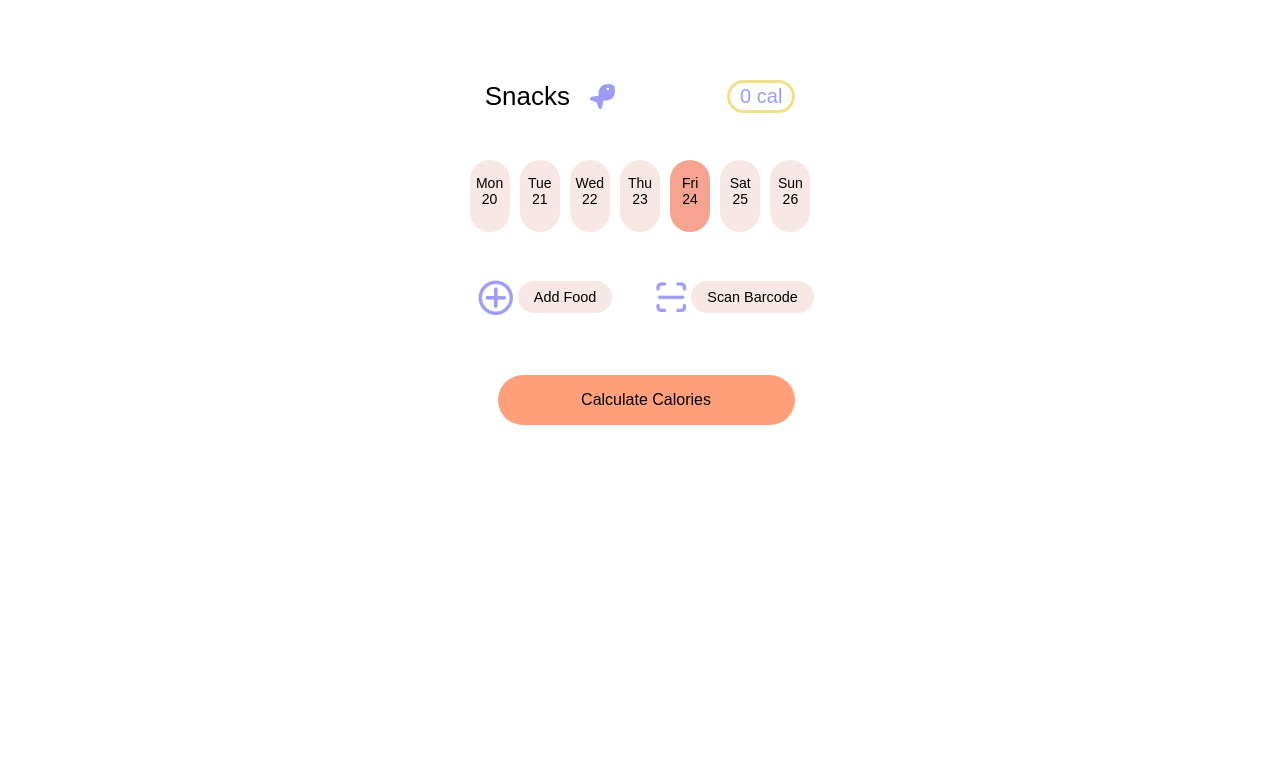
Repository: MeowCeline00/G5-Calorie-Tracker
Page: snacksAddPage/index.html
An editor plug-in stored every save of this project. The page is shown before and after the next save, followed by the edit.
The browser window is 1280 px wide. The pictures show the whole page.

Above is the page before, as saved 2024-05-26 04:54:00.

### snacksAddPage/index.html
<!DOCTYPE html>
<html lang="en">
<head>
  <meta charset="UTF-8">
  <meta name="viewport" content="width=device-width, initial-scale=1.0">
  <title>Calorie Tracker</title>
  <link rel="stylesheet" href="/snacksAddPage/styles.css">
  <link rel="stylesheet" href="/styles/Home.css">
</head>
<body>
  <div class="container">
    <header class="header">
      <h1 class="title">Snacks</h1>
      <img src="/images/snacks.png" alt="Snacks Icon" width="25" height="25">
      <button class="calButton">0 cal</button>
    </header>
    <section class="dateSelector">
      <button class="dateNav" id="prevDate">
      </button>
      <div class="dates" id="dateList"></div>
      <button class="dateNav" id="nextDate">
      </button>
    </section>
    <main>
      <div class="actions">
        <div class="actions">
          <img src="/images/add.png" alt="Add Icon" width="35" height="35">
          <button class="action-btn" id="showFormButton">Add Food</button>
        </div>
        <div class="actions">
          <img src="/images/scan.png" alt="Scan Icon" width="30" height="30">
          <button class="action-btn">Scan Barcode</button>
        </div>
      </div>
      <div class="food-list">
      </div>
      <button class="calculate-btn">
        <a href="calculate.html" class="calculate-btn-link">Calculate Calories</a></button>
    </main>
    <div class="popup-container" id="foodFormContainer">
      <div class="popup">
        <input type="text" id="foodName" placeholder="Food Name">
        <input type="number" id="foodAmount" placeholder="Amount (g)">
        <input type="number" id="foodCalories" placeholder="Calories">
        <button id="addFoodButton">Add</button>
        <button id="cancelButton">Cancel</button>
      </div>
    </div>
  </div>
  <script src="/snacksAddPage/script.js"></script>
</body>
</html>

### snacksAddPage/styles.css
.container {
  max-width: 375px;
  margin: 0 auto;
  padding: 1rem;
  min-height: 100vh;
  border-radius: 10px;
}
.header {
  margin-top: 40px;
  display: flex;
  justify-content: space-between;
  align-items: center;
  width: 100%;
}
.title {
  font-size: 26px;
  font-family: 'Saira', sans-serif;
  font-weight: 500;
  margin-left: auto;
  margin-right: 20px;
}
.header img {
  margin-right: 80px;
}
.calButton {
  margin: 0 auto;
  background-color: transparent;
  color: #9E9BF2;
  border: 3px solid #F2E088;
  padding: 0px 10px;
  text-align: center;
  min-width: 55px;
  height: 33px;
  border-radius: 40px;
  font-size: 20px;
  font-family: 'Catamaran', sans-serif;
  display: inline-block;
}
.dateSelector {
  display: flex;
  justify-content: center;
  align-items: center;
  margin: 10px 0;
}
.dateNav {
  background-color: transparent;
  border: none;
  text-align: center;
  font-size: 20px;
}
.dates {
  display: flex;
  text-align: center;
  justify-content: space-around;
  width: 100%;
}
.date {
  width: 40px;
  height: 57px;
  background-color: #F7E8E5;
  padding-top: 15px;
  margin: 20px 5px;
  margin-bottom: 38px;
  border-radius: 20px;
  text-align: center;
  cursor: pointer;
  font-size: 14px;
  font-family: 'Catamaran', sans-serif;
}
.date:hover {
  background-color: rgba(242, 126, 99, 0.7);
}
.active {
  background-color: rgba(242, 126, 99, 0.7);
}
.currentDay {
  background-color: rgba(242, 126, 99, 0.7);
}
.delete-btn {
  background: none;
  border: none;
  font-size: 1.2rem;
  cursor: pointer;
}
.calculate-btn {
  margin-left: 45px;
  width: 297px;
  height: 50px;
  text-align: center;
  background-color: #ffa07a;
  border: none;
  border-radius: 36px;
  padding: 0.7rem;
  font-size: 1rem;
  cursor: pointer;
}
.calculate-btn-link {
  text-decoration: none;
  color: black;
}
.actions {
  display: flex;
  justify-content: space-between;
  margin-bottom: 1rem;
  display: flex;
  width: 100%;
  justify-content: center;
  align-items: center;
  gap: 5px;
  margin-bottom: 30px;
}
.action-btn {
  background-color: #F7E8E5;
  border: none;
  padding: 0.5rem 1rem;
  font-size: 0.9rem;
  font-family: 'Catamaran', sans-serif;
  border: none;
  border-radius: 18px;
  cursor: pointer;
}
.action-btn:hover {
  background-color: rgba(242, 126, 99, 0.7);
}
.buttons {
  display: flex;
  width: 100%;
  justify-content: center;
  align-items: center;
  gap: 5px;
  margin-bottom: 30px;
}
.bottomContainer {
  margin-top: 30px;
  width: 100%;
}
.bottomContainer button {
  font-family: 'Catamaran';
  font-size: large;
  background-color: var(--light_orange_opacity);
  border: none;
  padding: 7px 60px;
  border-radius: 25px;
  cursor: pointer;
}
.bottomContainer button:hover {
  background-color: var(--light_orange);
}
.popup-container {
  display: none;
  position: fixed;
  top: 0;
  left: 0;
  width: 100%;
  height: 100%;
  justify-content: center;
  align-items: center;
  background-color: rgba(0, 0, 0, 0.5);
  z-index: 9999;
}
.popup {
  background-color: #F7E8E5;
  width: 300px;
  padding: 20px;
  border-radius: 10px;
  box-shadow: 0 2px 5px rgba(0, 0, 0, 0.2);
}
.popup input[type="text"],
.popup input[type="number"] {
  width: calc(100% - 40px);
  padding: 10px;
  margin-bottom: 10px;
  border: 1px solid #F7E8E5;
  border-radius: 5px;
  margin-left: 10px;
}
.popup button {
  padding: 10px 20px;
  margin-right: 10px;
  border: none;
  border-radius: 5px;
  cursor: pointer;
}
#addFoodButton {
  background-color: #ffa07a;
  color: #000;
  margin-left: 70px;
}
#cancelButton {
  background-color: #F2E088;
  color: #000;
}
#addFoodButton:hover {
  background-color: rgb(255, 160, 122, 0.6);
}
#cancelButton:hover {
  background-color: rgb(242, 224, 136, 0.6);
}
.inputContainer {
  width: 330px;
  display: flex;
  gap: 10px;
  margin: 0 auto;
  justify-content: flex-start;
  align-items: center;
  background: #F7E8E5;
  border-radius: 20px;
  margin-bottom: 15px;
  position: relative;
  padding-left: 20px;
  padding-right: 10px;

}

.inputBox {
  flex-grow: 1;
}
.inputBox input {
  border: 1px solid #F7E8E5;
  margin-top: 5px;
  font-size: medium;
  background-color: #F7E8E5;
}
.inputBox p {
  text-align: left;
  color: #9E9BF2;
  font-size: small;
  margin-top: 5px;
}
.calories {
  display: flex;
  justify-content: center;
  color: #9E9BF2;
  align-items: center;
  margin-right: 60px;

  gap: 5px;
}
.number {
  font-size: 20px;
}
.trash {
  cursor: pointer;
  position: absolute;
  right: 20px;
}

### styles/Home.css
#root {
    width: 393px;
    height: 852px;
    background-color: #fff;
    border-radius: 10px;
    overflow: hidden;
    position: relative;
}

.mainContent {
    width: 100%;
    height: 100%;
    display: flex;
    flex-direction: column;
    justify-content: flex-start;
    position: relative;
}

.topBar {
    padding: 15px 20px;
    background-color: #fff;
    display: flex;
    justify-content: space-between;
    align-items: center;
    z-index: 1;
}

.greeting {
    display: flex;
    flex-direction: column;
    text-align: left;
}

.greeting h2 {
    margin: 0;
    font-size: 1.5rem;
    color: #000;
}

.greeting p {
    margin: 0;
    font-size: 1rem;
    color: #666;
}

.profileIcon {
    display: flex;
    align-items: center;
    justify-content: center;
    cursor: pointer;
}

.dateChange {
    display: flex;
    justify-content: center;
    align-items: center;
    padding: 10px 0;
    background-color: #fff;
}

.meal_container {
    flex: 1;
    width: 100%;
    padding: 20px;
    box-sizing: border-box;
    overflow-y: auto;
    position: relative;
    z-index: 0;
}

.meals {
    width: 100%;
    padding: 10px 0;
    box-sizing: border-box;
}

.mealItem {
    display: flex;
    flex-direction: column;
    justify-content: space-between;
    align-items: flex-start;
    padding: 15px;
    margin: 10px 0;
    border-radius: 12px;
    background-color: var(--light_pink);
    width: 100%;
    height: auto;
    box-shadow: 0 2px 5px rgba(0, 0, 0, 0.1);
}

.mealHeading {
    font-weight: bold;
    margin-bottom: 10px;
    font-size: 1.2rem;
}

.mealDetails {
    display: flex;
    align-items: center;
    width: 100%;
    justify-content: space-between;
}

.mealDetails p {
    margin-left: 10px;
    color: #9E9BF2;
}

.calorieContainer {
    display: flex;
    align-items: center;
    justify-content: space-between;
    background-color: white;
    border: 4px solid #F2E088;
    border-radius: 30px;
    padding: 5px 10px;
}

.addButton {
    background: none;
    border: none;
    cursor: pointer;
    margin-left: 10px;
}

.navContainer {
    width: 100%;
    max-width: 393px;
    height: 77px;
    display: flex;
    position: fixed;
    bottom: 0;
    left: 50%;
    transform: translateX(-50%);
    background-color: #F2E088;
    border-radius: 10px 10px 0 0;
    justify-content: space-between;
    align-items: center;
    box-sizing: border-box;
    z-index: 1000;
}

.navbar {
    width: 100%;
    display: flex;
    justify-content: space-between;
    align-items: center;
    position: relative;
}

.navItem {
    display: flex;
    cursor: pointer;
    flex: 1;
    justify-content: center;
}

.addButtonContainer {
    display: flex;
    justify-content: center;
    align-items: center;
    width: 70px;
    height: 70px;
    background-color: #ffffff;
    border-radius: 50%;
    position: absolute;
    top: -35px;
    left: 50%;
    transform: translateX(-50%);
    cursor: pointer;
    box-shadow: 0 2px 5px rgba(0, 0, 0, 0.1);
}

.addnewButton {
    display: flex;
    justify-content: center;
    align-items: center;
    border-radius: 50%;
}

### snacksAddPage/script.js
document.addEventListener('DOMContentLoaded', function () {
  const showFormButton = document.getElementById('showFormButton');
  const foodFormContainer = document.getElementById('foodFormContainer');
  const addFoodButton = document.getElementById('addFoodButton');
  const cancelButton = document.getElementById('cancelButton');
  const foodList = document.querySelector('.food-list');
  const calButton = document.querySelector('.calButton');
  const dateList = document.getElementById('dateList');

  let totalCalories = 0;

  const getDayOfWeek = (date) => {
    const dayIndex = date.getDay();
    return dayIndex === 0 ? 6 : dayIndex - 1;
  };

  const currentDate = new Date();
  currentDate.setDate(24);
  currentDate.setMonth(4);

  const generateDays = () => {
    const days = [];
    const currentDayOfWeek = getDayOfWeek(currentDate);

    for (let i = 0; i < 7; i++) {
      const date = new Date(currentDate);
      date.setDate(date.getDate() - currentDayOfWeek + i);
      days.push({
        day: date.toLocaleDateString('en-US', { weekday: 'short' }),
        date: date.getDate(),
        isToday: date.getDate() === currentDate.getDate(),
      });
    }

    return days;
  };

  const renderDates = () => {
    dateList.innerHTML = '';
    const days = generateDays();
    let activeIndex = currentDate.getDate() - 1;

    days.forEach((day, index) => {
      const dateElement = document.createElement('span');
      dateElement.className = `date ${index === activeIndex ? 'active' : ''} ${day.isToday ? 'currentDay' : ''}`;
      dateElement.innerHTML = `${day.day}<br />${day.date}`;
      dateElement.onclick = () => setActiveIndex(index);
      dateList.appendChild(dateElement);
    });
  };

  const setActiveIndex = (index) => {
    renderDates();
  };

  const showForm = () => {
    foodFormContainer.style.display = 'flex';
  };

  const hideForm = () => {
    foodFormContainer.style.display = 'none';
    clearForm();
  };

  const addList = (foodName, foodAmount, foodCalories) => {
    const newList = `
      <div class="inputContainer">
        <div class="inputBox">
          <input type="text" value="${foodName}" readonly>
          <p>${foodAmount}g</p>
        </div>
        <div class="calories">
          <p class="number">${foodCalories}</p>
          <p class="cal">Cal</p>
        </div>
        <img class="trash" src="/images/trash.png" alt="trashcan" width="30" height="30" />
      </div>
    `;
    foodList.insertAdjacentHTML('beforeend', newList);
    totalCalories += parseInt(foodCalories);
    updateCalButton();
  };

  const deleteItem = (e) => {
    if (e.target.classList.contains('trash')) {
      const itemCalories = parseInt(e.target.closest('.inputContainer').querySelector('.number').textContent);
      totalCalories -= itemCalories;
      e.target.closest('.inputContainer').remove();
      updateCalButton();
    }
  };

  const updateCalButton = () => {
    calButton.textContent = `${totalCalories} cal`;
  };

  const clearForm = () => {
    document.getElementById('foodName').value = '';
    document.getElementById('foodAmount').value = '';
    document.getElementById('foodCalories').value = '';
  };

  showFormButton.addEventListener('click', showForm);
  cancelButton.addEventListener('click', hideForm);

  addFoodButton.addEventListener('click', () => {
    const foodName = document.getElementById('foodName').value;
    const foodAmount = document.getElementById('foodAmount').value;
    const foodCalories = document.getElementById('foodCalories').value;

    if (foodName && foodAmount && foodCalories) {
      addList(foodName, foodAmount, foodCalories);
      clearForm();
      hideForm();
    }
  });

  foodList.addEventListener('click', deleteItem);

  renderDates();
});

### scripts/navbar.js
function renderNavbar() {
    return `
      <div class="navContainer">
        <nav class="navbar">
          <div class="navItem" onclick="navigateTo('home')">
            <img src="./images/home_icon.svg" alt="Home" width="60" height="60" />
          </div>
          <div class="addButtonContainer">
            <div class="addnewButton" onclick="navigateTo('addNew')">
              <img src="./images/add_icon.svg" alt="Add" width="80" height="80" />
            </div>
          </div>
          <div class="navItem">
            <img src="./images/recipes_icon.svg" alt="Recipes" width="55" height="55" />
          </div>
        </nav>
      </div>
    `;
}

After the next save:
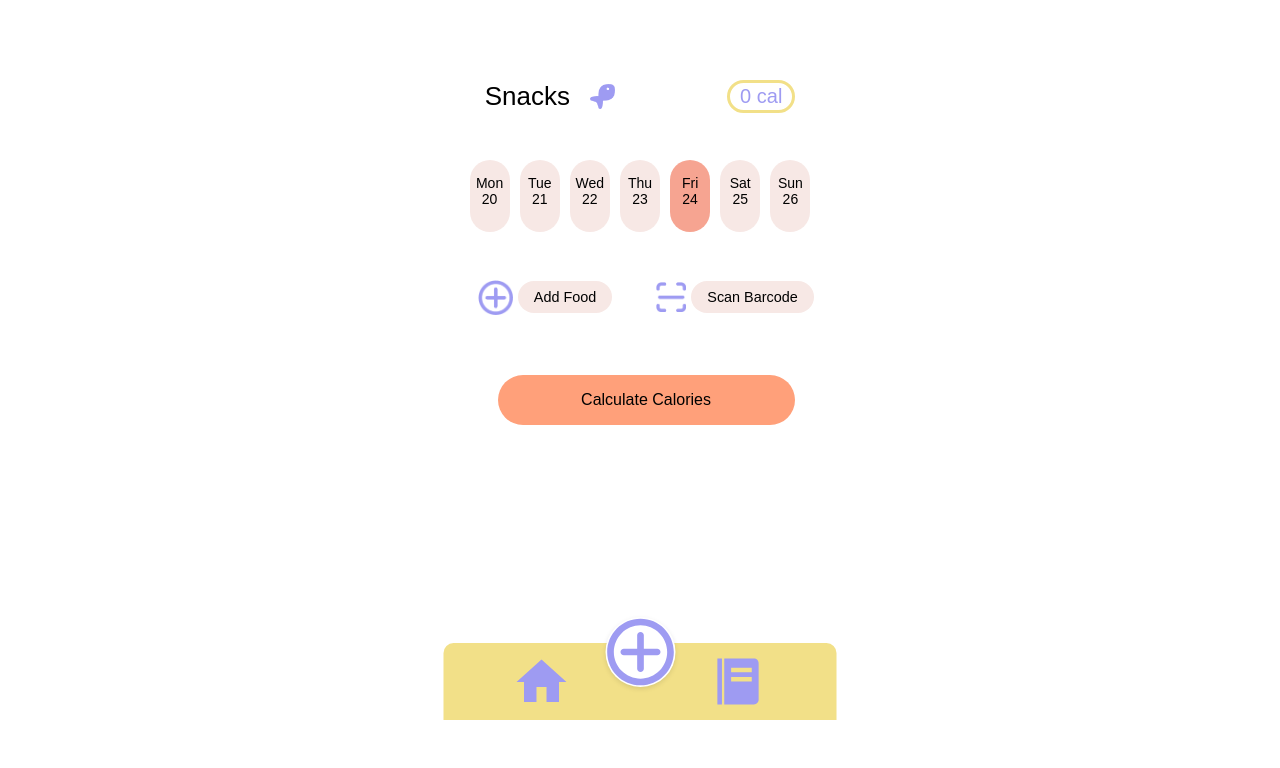
Saved 52 s later.
--- a/snacksAddPage/index.html
+++ b/snacksAddPage/index.html
@@ -47,6 +47,22 @@
       </div>
     </div>
   </div>
+  <div class="navContainer">
+    <nav class="navbar">
+      <div class="navItem" onclick="navigateTo('home')">
+        <img src="/images/home_icon.svg" alt="Home" width="60" height="60" />
+      </div>
+      <div class="addButtonContainer">
+        <div class="addnewButton" onclick="navigateTo('addNew')">
+          <img src="/images/add_icon.svg" alt="Add" width="80" height="80" />
+        </div>
+      </div>
+      <div class="navItem" onclick="navigateTo('recipes')">
+        <img src="/images/recipes_icon.svg" alt="Recipes" width="55" height="55" />
+      </div>
+    </nav>
+  </div>
+  <script src="/scripts/navbar.js"></script>
   <script src="/snacksAddPage/script.js"></script>
 </body>
 </html>
